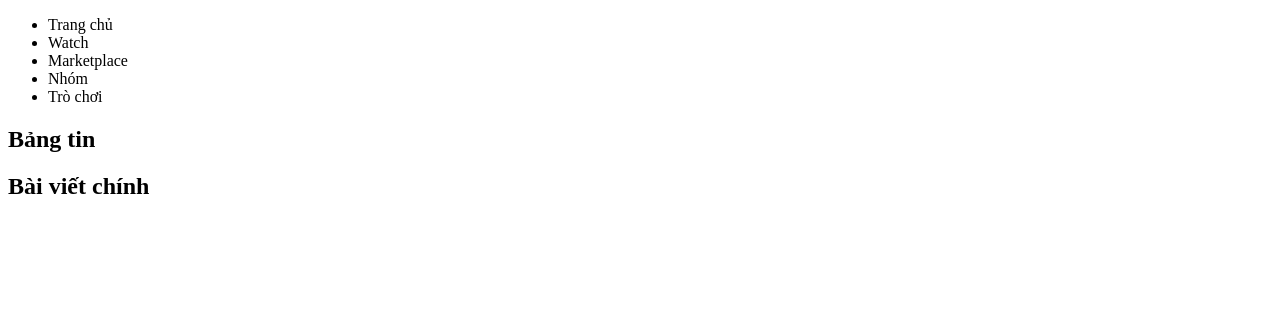
Repository: congle98/CSS_LayoutFacebookCoBan
Page: index.html
The author's editor kept a copy of each file at every save. The page is drawn from the files as they stood at one save, then again after a run of saves.
The browser window is 1280 px wide. The pictures show the whole page.

Above is the page before, as saved 2021-05-26 15:21:28.

After the next 14 saves:
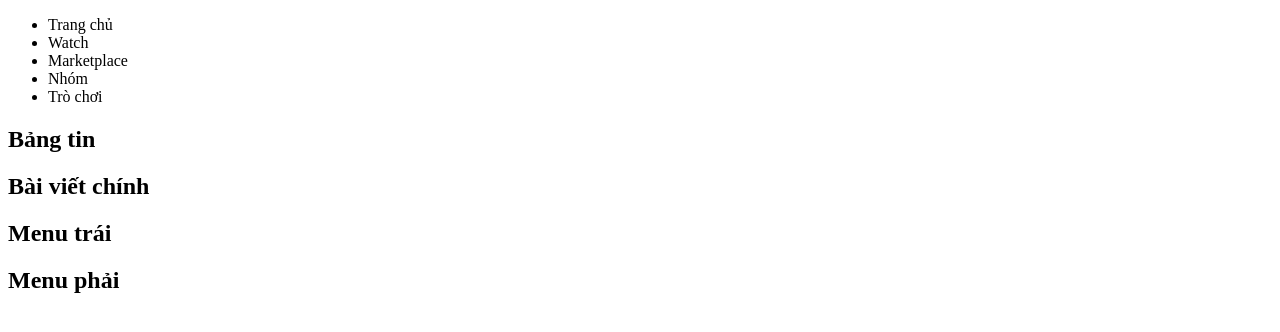
The 14 saves are shown as one change because they came seconds apart.
The last was saved 40 s later.
--- a/index.html
+++ b/index.html
@@ -26,8 +26,11 @@
             <h2>Bài viết chính</h2>
         </article>
     </section>
-    <div id="sidebar">
-
+    <div id="sidebar-left">
+        <h2>Menu trái</h2>
+    </div>
+    <div id="sidebar-right">
+        <h2>Menu phải</h2>
     </div>
 </body>
 </html>
